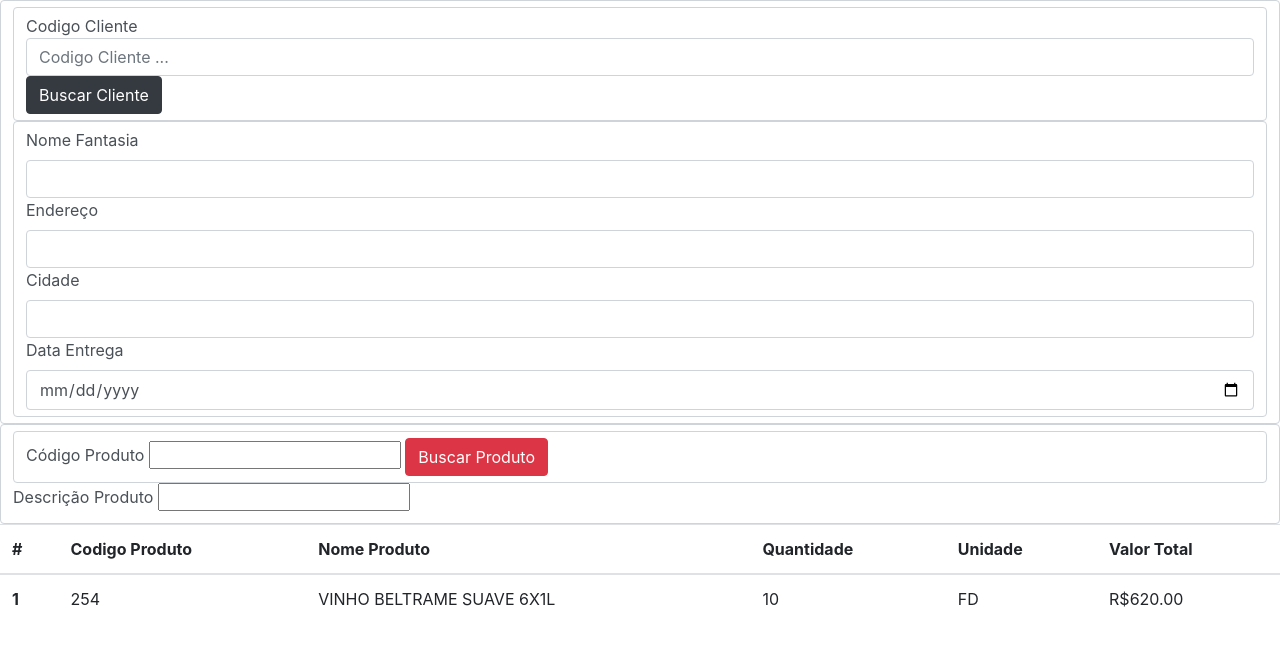
Repository: RobertoAntunes35/controle-estoque
Page: backend/templates/paginaGeracaoPedidos.html
The author's editor kept a copy of each file at every save. The page is drawn from the files as they stood at one save, then again after the next save.
The browser window is 1280 px wide. The pictures show the whole page.
Some web libraries are served in a nearby version. The template is drawn by Flask 3. The application's start-up code is not run. The template is opened directly, without the code that normally fills it, so the values that code supplies are empty.

Above is the page before, as saved 2023-06-06 10:46:26.

After the next save:
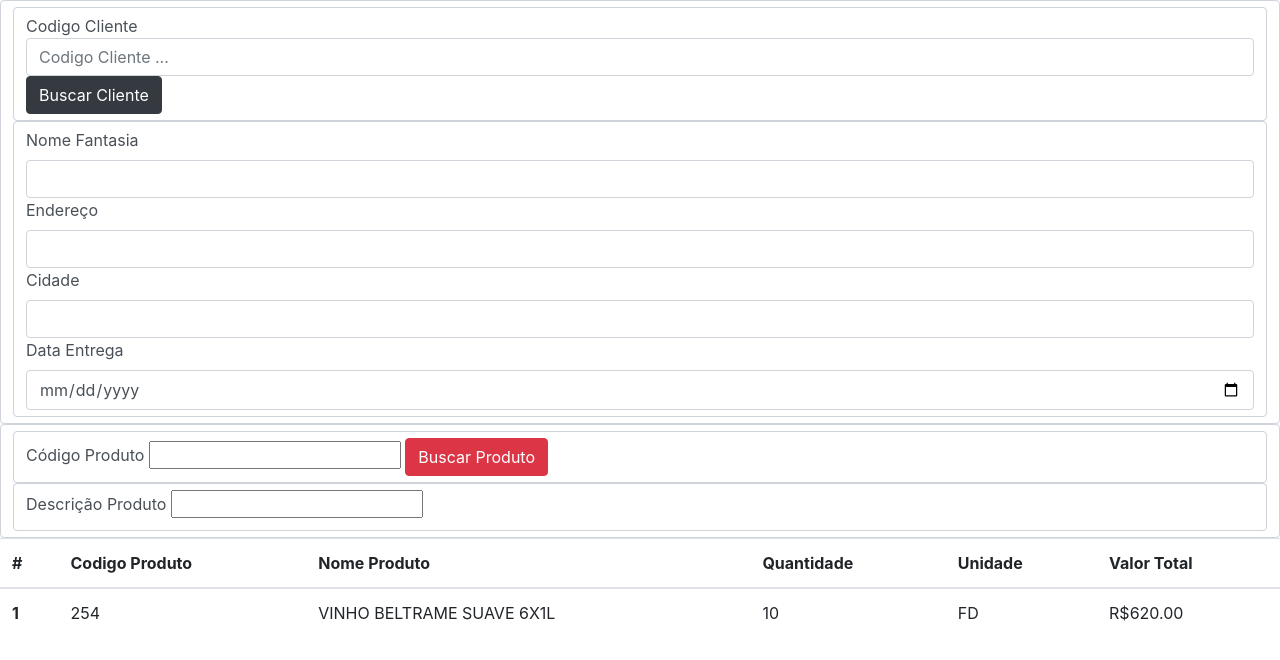
Saved 15 s later.
--- a/backend/templates/paginaGeracaoPedidos.html
+++ b/backend/templates/paginaGeracaoPedidos.html
@@ -33,7 +33,7 @@
                         <input class="" type="text" name="codigoProduto" id="codigoProduto">
                         <button class="btn btn-danger" id="btnBuscaProduto" name="btnBuscaProduto">Buscar Produto</button>
                     </div>
-                    <div class="dados-produtos">
+                    <div class="dados-produtos form-control">
                         <label for="">Descrição Produto</label>
                         <input type="text" name="descricaoProduto" id="descricaoProduto">
                     </div>
